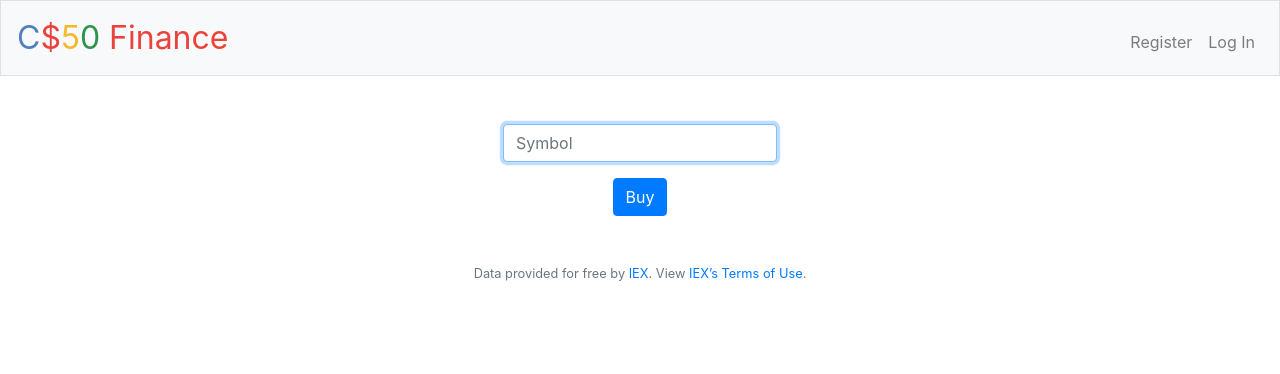
Repository: tavrora/cs50_ide
Page: pset8/finance/templates/buy.html
The author's editor kept a record of every edit. The page is drawn from the files as they stood at one moment, then again after the next edit.
The browser window is 1280 px wide. The pictures show the whole page.
The template is drawn by Flask 3. The application's start-up code is not run. The template is opened directly, without the code that normally fills it, so the values that code supplies are empty.

Above is the page before.

After the next edit:
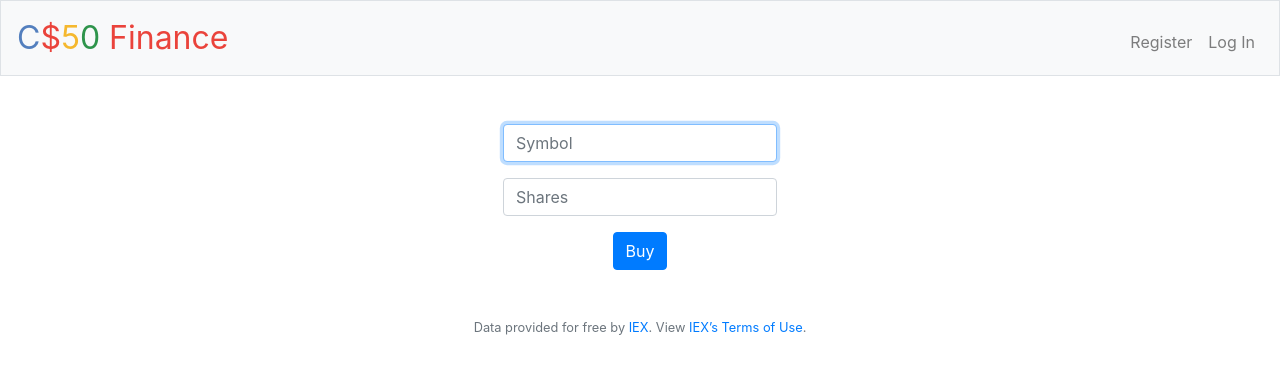
The edit:
--- a/pset8/finance/templates/buy.html
+++ b/pset8/finance/templates/buy.html
@@ -11,7 +11,7 @@
         </div>
 
         <div class="form-group">
-
+            <input autocomplete="off" autofocus class="form-control" min="1" name="shares" placeholder="Shares" type="number">
         </div>
         <button class="btn btn-primary" type="submit">Buy</button>
     </form>
